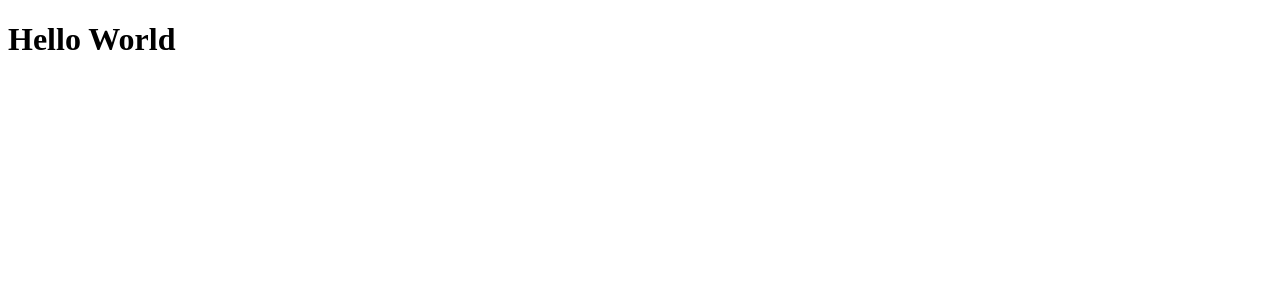
Repository: kellyalves87/404_not_found
Page: index.html
These files come from the project's save history. The page is drawn as it stood at one moment and after the next save; the edit follows.
The browser window is 1280 px wide. The pictures show the whole page.

Above is the page before, as saved 2021-05-16 14:24:17.

### index.html
<!DOCTYPE html>
<html lang="en">

<head>
  <meta charset="utf-8" />
  <meta name="viewport" content="width=device-width, initial-scale=1,
  maximum-scale=5" />

  <link rel="icon" href="./assets/devchallenges.png" />

  <link rel="shortcut icon" type="image/x-icon" href="https://devchallenges.io/" />

  <link rel="preconnect" href="https://fonts.gstatic.com">
  <link href="https://fonts.googleapis.com/css2?family=Inconsolata:wght@700&family=Space+Mono:wght@400;700&display=swap"
    rel="stylesheet">

  <title>Devchallenges</title>
</head>

<body>
  <H1>Hello World</H1>
</body>

</html>

After the next save:
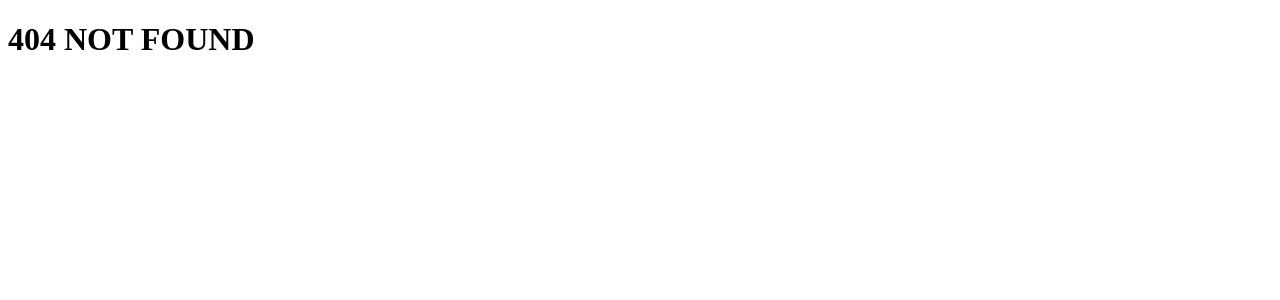
Saved 33 s later.
--- a/index.html
+++ b/index.html
@@ -18,7 +18,7 @@
 </head>
 
 <body>
-  <H1>Hello World</H1>
+  <H1>404 NOT FOUND</H1>
 </body>
 
 </html>
